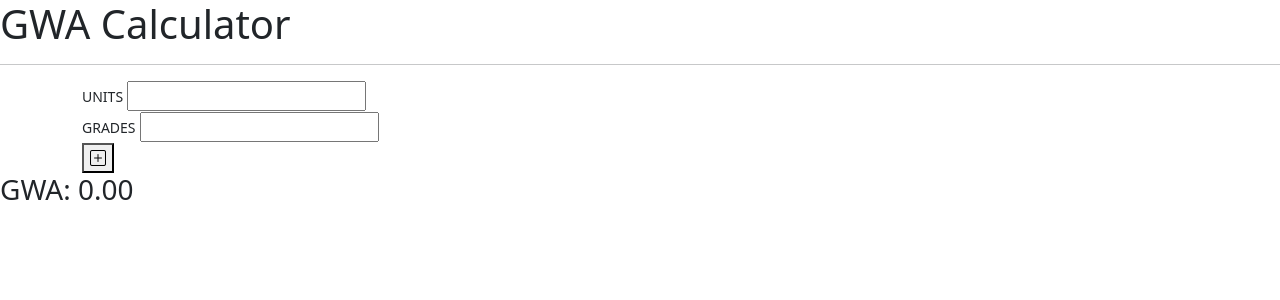
Repository: yonora/GWACalculator
Page: index.html
An editor plug-in stored every save of this project. The page is shown before and after the next save, followed by the edit.
The browser window is 1280 px wide. The pictures show the whole page.

Above is the page before, as saved 2025-01-07 22:39:55.

After the next save:
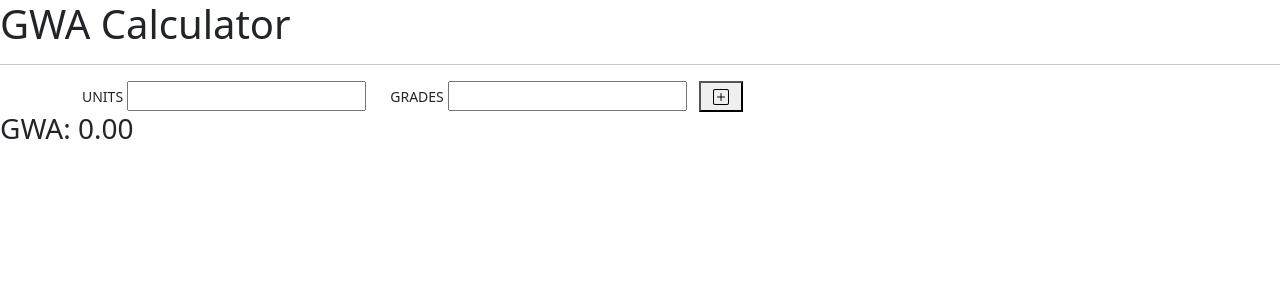
Saved 10 min 51 s later.
--- a/index.html
+++ b/index.html
@@ -12,7 +12,7 @@
     <h1>GWA Calculator</h1>
     <hr>
     <div class="container" id="container">
-        <div class="grade-container" id="1">
+        <div class="row grade-container" id="1">
             <div class="col-auto">
                 <label class="col-form-label-sm">UNITS</label>
                 <input type="number" class="col-form-control units"  min="1" oninput="getGWA()">
